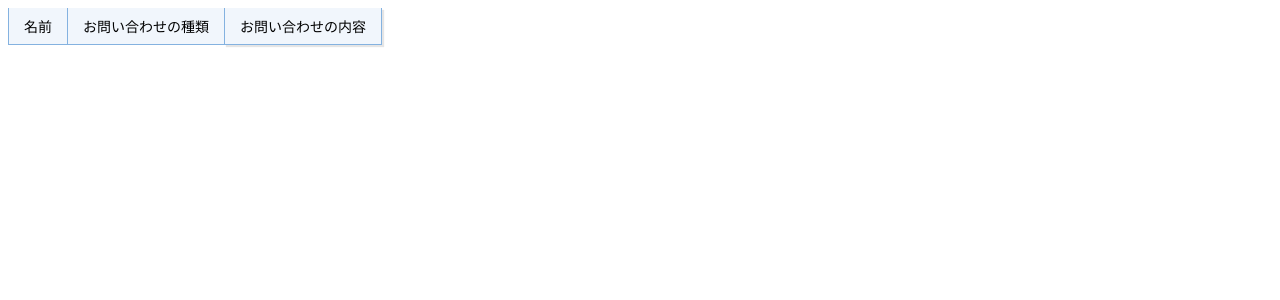
Repository: kazuki000/test
Page: http://localhost/webProj5/inquiryComplete.jsp
An editor plug-in stored every save of this project. The page is shown before and after the next save, followed by the edit.
The browser window is 1280 px wide. The pictures show the whole page.
The page is served by Tomcat 9. Other server files are loaded and not shown.

Above is the page before, as saved 2019-04-17 12:18:08.

### webProj5/WebContent/inquiryComplete.jsp
<%@ page language="java" contentType="text/html; charset=UTF-8"
    pageEncoding="UTF-8"%>
<%@ taglib prefix="s" uri="/struts-tags"%>

<!DOCTYPE html PUBLIC "-//W3C//DTD HTML 4.01 Transitional//EN" "http://www.w3.org/TR/html4/loose.dtd">
<html>
<head>
<meta http-equiv="Content-Type" content="text/html; charset=UTF-8">
<link rel="stylesheet" type="text/css" href="./css/style.css">
<title>お問合せ 受付完了</title>
</head>
<body>
<table>
<tbody>
 <tr>
  <td>名前</td>
  <td>お問い合わせの種類</td>
  <td>お問い合わせの内容</td>
 </tr>
 <tr>

 <tr>
  <s:iterator value="#session.inquiryDTOList">
   <td><s:property value="name"/></td>

       <s:if test='qtype=="company"'>
       <td>会社について</td>
       </s:if>

       <s:if test='qtype=="product"'>
       <td>製品について</td>
       </s:if>

       <s:if test='qtype=="support"'>
       <td>アフターサポートについて</td>
       </s:if>

       <td><s:property value="body"/></td>
       </s:iterator>
      </tr>
      </tbody>
     </table>



</body>
</html>

### webProj5/WebContent/css/style.css
@CHARSET "UTF-8";

table {
width: auto;
border-spacing: 0;
font-size:14px;
}
table th {
color: #fff;
padding: 8px 15px;
background: #258;
background:-moz-linear-gradient(rgba(34,85,136,0.7), rgba(34,85,136,0.9) 50%);
background:-webkit-gradient(linear, 100% 0%, 100% 50%, from(rgba(34,85,136,0.7)), to(rgba(34,85,136,0.9)));
font-weight: bold;
border-left:1px solid #258;
border-top:1px solid #258;
border-bottom:1px solid #258;
line-height: 120%;
text-align: center;
text-shadow:0 -1px 0 rgba(34,85,136,0.9);
box-shadow: 0px 1px 1px rgba(255,255,255,0.3) inset;
}
table th:first-child {
border-radius: 5px 0 0 0;
}
table th:last-child {
border-radius:0 5px 0 0;
border-right:1px solid #258;
box-shadow: 2px 2px 1px rgba(0,0,0,0.1),0px 1px 1px rgba(255,255,255,0.3) inset;
}
table tr td {
padding: 8px 15px;
border-bottom: 1px solid #84b2e0;
border-left: 1px solid #84b2e0;
text-align: center;
}
table tr td:last-child {
border-right: 1px solid #84b2e0;
box-shadow: 2px 2px 1px rgba(0,0,0,0.1);
}
table tr {
background: #fff;
}
table tr:nth-child(2n+1) {
background: #f1f6fc;
}
table tr:last-child td {
box-shadow: 2px 2px 1px rgba(0,0,0,0.1);
}
table tr:last-child td:first-child {
border-radius: 0 0 0 5px;
}
table tr:last-child td:last-child {
border-radius: 0 0 5px 0;
}
table tr:hover {
background: #bbd4ee;
cursor:pointer;
}

After the next save:
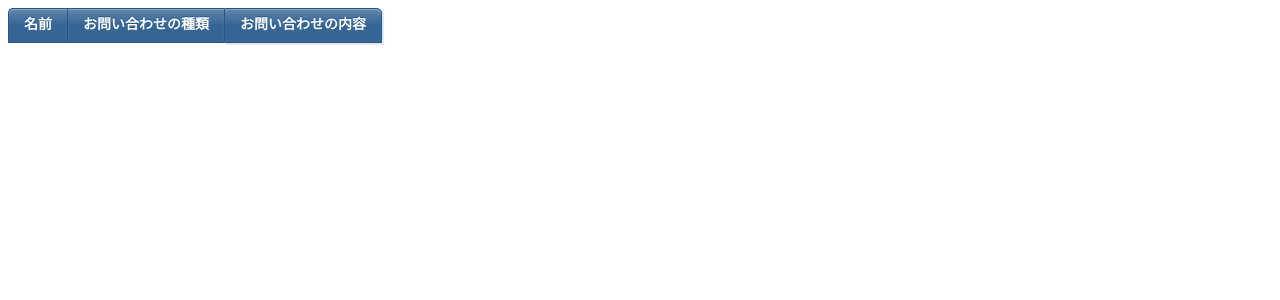
Saved 65 s later.
--- a/webProj5/WebContent/inquiryComplete.jsp
+++ b/webProj5/WebContent/inquiryComplete.jsp
@@ -13,9 +13,9 @@
 <table>
 <tbody>
  <tr>
-  <td>名前</td>
-  <td>お問い合わせの種類</td>
-  <td>お問い合わせの内容</td>
+  <th>名前</th>
+  <th>お問い合わせの種類</th>
+  <th>お問い合わせの内容</th>
  </tr>
  <tr>
 
